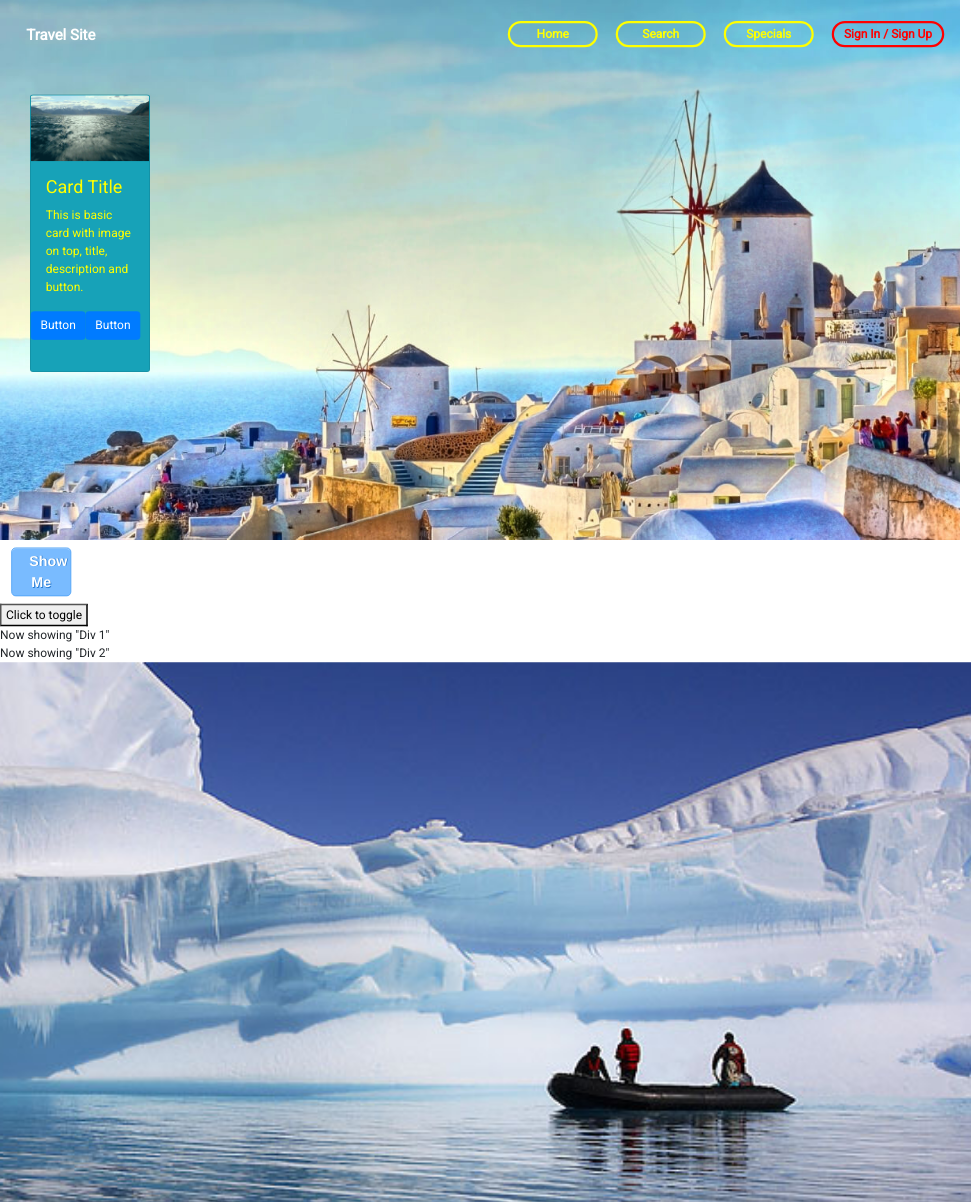
Repository: wpelizzoni/travel-site
Page: index.html
The author's editor kept a record of every edit. The page is drawn from the files as they stood at one moment, then again after the next edit.
The browser window is 1280 px wide. The page is 1295 px wide, so the pictures cover 1295 px, including what lies to the right of the window. The pictures show the whole page, at 75% of full size.

Above is the page before.

### index.html
<!DOCTYPE html>
<html lang="en">

<head>
    <meta charset="UTF-8">
    <meta name="viewport" content="width=device-width, initial-scale=1.0">
    <meta http-equiv="X-UA-Compatible" content="ie=edge">


    <link rel="stylesheet" href="https://stackpath.bootstrapcdn.com/bootstrap/4.3.1/css/bootstrap.min.css" type="text/css" />
    <link rel="stylesheet" href="https://stackpath.bootstrapcdn.com/font-awesome/4.7.0/css/font-awesome.min.css" type="text/css" />
    <link href='https://fonts.googleapis.com/css?family=Roboto' rel='stylesheet' type='text/css'>


    <link rel="stylesheet" href="assets/css/style.css" type="text/css" />

    <title>Document</title>
</head>

<body>
    <div class="container-fluid">

        <section>

            <div class="row header-desktop-row-page1 d-none d-md-block">
                <div class="col-12 header-desktop-column">
                </div>
            </div>

            <div class="row header-phones-row d-block d-md-none">
                <div class="col-12 header-phones-column">
                </div>
            </div>

            <div class="d-block d-md-none">
                <nav class="navbar navbar-expand-sm navbar-dark">
                    <!-- We can move the hamburger to the right of the screen by putting it after the button declaration. This will move the brand to the left.  -->

                    <button class="navbar-toggler" type="button" data-toggle="collapse" data-target="#nav-content" aria-controls="nav-content" aria-expanded="false" aria-label="Toggle navigation">
                    <span class="navbar-toggler-icon"></span>
                </button>
                    <a class="navbar-brand" href="/">Travel Site</a>
                    <div class="collapse navbar-collapse" id="nav-content">

                        <ul class="navbar-nav ml-auto">

                            <li class="active nav-item mr-2 "><a class="nav-link" href="/ ">Home</a></li>
                            <li class="nav-item mr-2 "><a class="nav-link " href="/Search ">Search</a></li>
                            <li class="nav-item mr-2 "><a class="nav-link " href="/Specials ">Specials</a></li>
                            <li class="nav-item mr-2 d-block d-sm-none "><a class="nav-link " href="/login ">Sign In / Sign Up</a></li>
                        </ul>
                    </div>
                </nav>
            </div>

            <div class="d-none d-md-block">
                <nav class="navbar navbar-expand-sm navbar-dark">
                    <a class="navbar-brand" href="/">Travel Site</a>
                    <ul class="navbar-nav ml-auto">

                        <li class="active nav-item mr-2 "><a class="nav-link page-scroll" href="/ "><button id="button_effects1" class="btn--features">Home</button></a></li>
                        <li class="nav-item mr-2 "><a class="nav-link page-scroll" href="#search"><button id="button_effects2" class="btn--features">Search</button> </a></li>
                        <li class="nav-item mr-2 "><a class="nav-link page-scroll" href="#specials"><button id="button_effects3" class="btn--features">Specials</button></a></li>
                        <li class="nav-item mr-2 "><a class="nav-link page-scroll" href="/login "><button id="button_effects4" class="btn--features--red">Sign In / Sign Up</button></a></li>
                    </ul>
                </nav>
            </div>



            <div class="specials specials-features d-block d-md-none">
                <h2>Check our weekly specials</h2>
                <p id="par1" class='specials-p'>
                    Fly to New Zealand on a 10-day vacation for $999.00
                </p>
            </div>



<div id="show">Show Me</div>
<div id="visible">Hello, My name is amr.</div>

            <div class="card specials-features text-white bg-info mb-3 d-none d-md-block" style=" width:10rem ">
                <div id="card1">
                    <img class="card-img-top img-fluid " src="assets/images/water-traverse.gif " alt="card image ">
                    <div class="card-body text-left ">
                        <h4 class="card-title ">Card Title</h4>
                        <p class="card-text ">This is basic card with image on top, title, description and button.</p>
                    </div>
                </div>

                <div id="card2" class=" ">
                    <h2>Seasonal Special</h2>
                    <p>Around the world airfares including three stops for $1,999 </p>
                </div>
                <a href="# "></a> <button id="button_effects9" class="btn btn-primary ">Button</a>
                <a href="# "></a> <button id="button_effects10" class="btn btn-primary ">Button</a>
            </div>


    </div>
    </section>

    <button onclick="toggleFunction()" >Click to toggle</button>

<div id="div1" class="  "  > Now showing "Div 1" </div>

<div id="div2" class="  "  > Now showing "Div 2" </div>

    <!-- <section id="specials ">
            <div class="container specials-row ">
                <div class="row " id='specials'>
                    <h2>Check our weekly specials</h2>
                    <p id="par1 " class='specials-p'>
                        Fly to New Zealand on a 10-day vacation for $999.00
                    </p>
                </div>
            </div>
        </section>
        -->

    <section id="search ">

        <div class="row header-desktop-row-page2 d-none d-md-block ">
            <div class="col-12 header-desktop-column ">
            </div>
        </div>

        <div class="row header-phones-row d-block d-md-none ">
            <div class="col-12 header-phones-column ">
            </div>
        </div>

        <!--
            <div class="d-none d-md-block ">
                <nav class="navbar navbar-expand-sm navbar-dark ">
                    <a class="navbar-brand " href="/ ">Travel Site</a>
                    <ul class="navbar-nav ml-auto ">

                        <li class="nav-item mr-2 "><a class="nav-link page-scroll " href="/ "><button id="button_effects1 " class="btn--features ">Home</button></a>
                </li>
                <li class="active nav-item mr-2 "><a class="nav-link page-scroll " href="#search "><button id="button_effects2 " class="btn--features ">Search</button> </a></li>
                <li class="nav-item mr-2 "><a class="nav-link page-scroll " href="#specials "><button id="button_effects3 " class="btn--features ">Specials</button></a></li>
                <li class="nav-item mr-2 "><a class="nav-link page-scroll " href="/login "><button id="button_effects4 " class="btn--features--red ">Sign In / Sign Up</button></a></li>
                </ul>
                </nav>
            </div>

            <div class="d-none d-md-block ">
                <nav class="navbar navbar-expand-sm navbar-dark ">
                    <a class="navbar-brand " href="/ ">Travel Site</a>
                    <ul class="ml-auto ">

                        <li class="nav-item mr-2 "><a class="nav-link page-scroll " href="/ "><button id="button_effects5 " class="btn--features ">Home</button></a></li>
                        <li class="active nav-item mr-2 "><a class="nav-link page-scroll " href="#search "><button id="button_effects6 " class="btn--features ">Search</button> </a></li>
                        <li class="nav-item mr-2 "><a class="nav-link page-scroll " href="#specials "><button id="button_effects7 " class="btn--features ">Specials</button></a></li>
                        <li class="nav-item mr-2 "><a class="nav-link page-scroll " href="/login "><button id="button_effects8 " class="btn--features--red ">Sign In / Sign Up</button></a></li>
                    </ul>
                </nav>
            </div>
            -->
            <div class="container search-row ">
                <div class="row " id='search'>

                </div>
            </div>
        </section>
    </div>

    </div>
    <script src="https://code.jquery.com/jquery-3.3.1.slim.min.js " integrity="sha384-q8i/X+965DzO0rT7abK41JStQIAqVgRVzpbzo5smXKp4YfRvH+8abtTE1Pi6jizo " crossorigin="anonymous "></script>
    <script src="https://cdnjs.cloudflare.com/ajax/libs/popper.js/1.14.7/umd/popper.min.js " integrity="sha384-UO2eT0CpHqdSJQ6hJty5KVphtPhzWj9WO1clHTMGa3JDZwrnQq4sF86dIHNDz0W1 " crossorigin="anonymous "></script>
    <!-- Paste Bootstrap Javascript link here -->
    <script src="https://stackpath.bootstrapcdn.com/bootstrap/4.3.1/js/bootstrap.min.js " integrity="sha384-JjSmVgyd0p3pXB1rRibZUAYoIIy6OrQ6VrjIEaFf/nJGzIxFDsf4x0xIM+B07jRM " crossorigin="anonymous "></script>

    <script type="text/javascript " src="js/jquery-3.4.1.js "></script>
    <script type="text/javascript " src="js/my_script.js "></script>
</body>

</html>

### assets/css/style.css
body {
    font-family: 'Roboto', sans-serif;
}

.navalert-container {
    position: absolute;
    top: 0;
    left: 0;
    padding-left: 0;
    padding-right: 0;
    z-index: 1;
}

.navbar {
    position: absolute;
    padding: 20px;
    top: 0;
    margin-bottom: 0;
    border: 0;
    width: 100%;
    /* background-color: rgba(0, 0, 0, 0.25); */
    float: right;
    margin-right: 0px;
    clear: left;
}

.navbar .navbar-default {
    border: 0px;
    box-shadow: none;
    -webkit-box-shadow: none;
    border-width: 0;
    padding: 0;
    margin: 0;
}

.navbar-nav {
    border: 0px !important;
    padding: 0;
    margin: 0;
}

.navbar .navbar-toggler .navbar-inner {
    border: none;
    border-radius: 0;
    padding: 0;
}

.navbar-brand {
    font-weight: bold;
}

.nav-right {
    float: right;
}

.btn--features {
    background-color: transparent;
    font-weight: bold;
    height: 35px;
    color: yellow;
    border: solid;
    border-color: yellow;
    border-radius: 23px;
    width: 120px;
    text-align: center;
    text-decoration: none;
}

.btn--features--red {
    background-color: transparent;
    font-weight: bold;
    height: 35px;
    color: red;
    border: solid;
    border-color: red;
    border-radius: 23px;
    width: 150px;
    text-align: center;
    text-decoration: none;
}

.header-desktop-row-page1 {
    background: url("../images/near-east.jpg");
    background-position: relative;
    background-repeat: no-repeat top left fixed ;
    background-size: cover;
    height: 100vh;
    min-height: 360px;
    top: 0;
    left: 0;
    -webkit-background-size: cover;	/* works on WebKit browsers */
     -moz-background-size: cover;	/* works on Mozilla browsers */
     -o-background-size: cover;
    transition: all .5s ease-in-out;
    -moz-transition: all .5s ease-in-out;
    -webkit-transition: all .5s ease-in-out;
    z-index: 0;

}

.header-desktop-row-page2 {
    background: url("../images/antarctica.jpg");
    background-position: relative;
    background-repeat: no-repeat top left fixed ;
    background-size: cover;
    height: 100vh;
    min-height: 360px;
    top: 0;
    left: 0;
    -webkit-background-size: cover;	/* works on WebKit browsers */
     -moz-background-size: cover;	/* works on Mozilla browsers */
     -o-background-size: cover;
    transition: all .5s ease-in-out;
    -moz-transition: all .5s ease-in-out;
    -webkit-transition: all .5s ease-in-out;
}

.header-desktop-column {
    width: 100%;
    padding-left: 0;
    padding-right: 0;
    margin-left: 0;
    margin-right: 0;
}

.header-phones-row {
    background: url("../images/swing.jpg");
    background-position: relative;
    background-repeat: no-repeat top left fixed ;
    background-size: cover;
    height: 100vh;
    min-height: 360px;
    top: 0;
    left: 0;
    color: #ffff00;
    -webkit-background-size: cover;	/* works on WebKit browsers */
     -moz-background-size: cover;	/* works on Mozilla browsers */
     -o-background-size: cover;
    transition: all .5s ease-in-out;
    -moz-transition: all .5s ease-in-out;
    -webkit-transition: all .5s ease-in-out;
}

.header-phones-column {
    width: 100%;
    padding: 0 0px 0px;
    min-height: 360px;
    margin: 0 0px 0px;
    float: none;
}

.card {
    height: 370px;
    width: 240px;
    margin-top: 40px;
    margin-left: 25px;
}

}
.specials-row {
    padding-bottom: 10%;
    font-size: 1.75em;
    line-height: 2;
    color: #fafafa;

}

#specials-p {
    font-size: .8em;
    color: yellow;
}


.specials-features {
    position: absolute;
    top: 12%;
    padding-bottom: 96px;
    color: black;
    z-index: 1;
}

.search {
    background: url("../images/cloud141.jpg");
    background-repeat: no-repeat;
    background-position: left;
    background-size: cover;
    padding-bottom: 100px;
    padding-top: 42px;
    position: relative;
    margin-bottom: 30px;

}

#loader {
  display: block;
  width: 100px;
  height: 100px;
  margin: 0 auto;
}



@media (max-width: 768px) and (min-width: 375px) {
    #search {
        width: 80%;
    }
}

@media (max-width: 992px) {
    .hone-section,
    .search-section,
    .contact-section {
        background-attachment: scroll;
    }
}

@media (min-width: 992px) {
    .search-section {
        background-position: center;
        background-size: cover;
        width: 100vw;
    }
    .contact-section {
        background-position: center;
        background-size: cover;
        width: 100vw;
    }

}

#show, #hide {
    margin:10px 0;
    width:80px;
    height:auto;
    color:#fff;
    text-align:center;
    font-family:"Myriad Pro", Helvetica, Arial, sans-serif;
	font-size:19px;
	font-weight:700;
    -moz-box-shadow:inset 0 1px 0 0 #cae3fc;
	-webkit-box-shadow:inset 0 1px 0 0 #cae3fc;
	box-shadow:inset 0 1px 0 0 #cae3fc;
	background:0 color-stop(1,#4197ee) );
	background:0;	filter:progid:DXImageTransform.Microsoft.gradient(startColorstr='#79bbff',endColorstr='#4197ee');
	background-color:#79bbff;
	-moz-border-radius:6px;
	-webkit-border-radius:6px;
	border-radius:6px;
	border:1px solid #469df5;
    padding:3px 23px;
	text-decoration:none;
	cursor:pointer;
	text-shadow:1px 1px 0 #287ace;
}

#visible {
    display:none;
    margin:20px 0;
    padding:10px;
    width:200px;
    height:auto;
    color:#fff;
    text-align:center;
    font-family:"Myriad Pro", Helvetica, Arial, sans-serif;
	font-size:19px;
	font-weight:700;
    -moz-box-shadow:inset 0 1px 0 0 #cae3fc;
	-webkit-box-shadow:inset 0 1px 0 0 #cae3fc;
	box-shadow:inset 0 1px 0 0 #cae3fc;
	background:0 color-stop(1,#4197ee) );
	background:0;	filter:progid:DXImageTransform.Microsoft.gradient(startColorstr='#79bbff',endColorstr='#4197ee');
	background-color:#79bbff;
	-moz-border-radius:6px;
	-webkit-border-radius:6px;
	border-radius:6px;
	border:1px solid #469df5;
    padding:3px 23px;
	text-decoration:none;
	cursor:text;
	text-shadow:1px 1px 0 #287ace;
}

#card1 {
    display: inline flex;
    flex-direction: column;
    flex-grow: 1;
    flex-shrink: 1;
    flex-basis: auto;
    justify-content: center;
    color: yellow;
}

#card2 {
    display: none;
    flex-direction: column;
    flex-grow: 1;
    flex-shrink: 1;
    flex-basis: auto;
    justify-content: center;
    color: yellow;
}

.display-none {
    display: none !important;
}

.display-inline {
    display: inline !important;
}

### js/my_script.js
$(document).ready(function() {
    $("h2").addClass("underline");
    $("ul").addClass("border");


    $("#specials_btn").click(function() {
        $("par1").slideToggle(2000);
    });

    $("#button_effects1").click(function() {
        $('#par1').slideToggle(1000, 0.5);
    });
    $("#button_effects1").click(function() {
        $('#par1').slideToggle(1000, 0.5);
    });
    $("#button_effects3").click(function() {
        $('#par1').slideToggle(1000, 0.5);
    });
    $("#button_effects3").click(function() {
        $('#par1').slideToggle(1000, 0.5);
    });
    $("#button_effects9").click(function() {
        $("#card1").toggleClass("display-none");
        $("#card2").toggleClass("display-inline");
        $(this).text($(this).text() == 'Return' ? 'Specials' : 'Return');
    });


    $("#button_effects1").mouseenter(function() {
        $('#button_effects1').fadeTo(300, 0.5);
    });
    $("#button_effects1").mouseleave(function() {
        $('#button_effects1').fadeTo(300, 1);
    });
    $("#button_effects2").mouseenter(function() {
        $('#button_effects2').fadeTo(300, 0.5);
    });
    $("#button_effects2").mouseleave(function() {
        $('#button_effects2').fadeTo(300, 1);
    });
    $("#button_effects3").mouseenter(function() {
        $('#button_effects3').fadeTo(300, 0.5);
    });
    $("#button_effects3").mouseleave(function() {
        $('#button_effects3').fadeTo(300, 1);
    });
    $("#button_effects4").mouseenter(function() {
        $('#button_effects4').fadeTo(300, 0.5);
    });
    $("#button_effects4").mouseleave(function() {
        $('#button_effects4').fadeTo(300, 1);
    });
    $("#button_effects5").mouseenter(function() {
        $('#button_effects5').fadeTo(300, 0.5);
    });
    $("#button_effects5").mouseleave(function() {
        $('#button_effects5').fadeTo(300, 1);
    });
    $("#button_effects6").mouseenter(function() {
        $('#button_effects6').fadeTo(300, 0.5);
    });
    $("#button_effects6").mouseleave(function() {
        $('#button_effects6').fadeTo(300, 1);
    });
    $("#button_effects7").mouseenter(function() {
        $('#button_effects6').fadeTo(300, 0.5);
    });
    $("#button_effects7").mouseleave(function() {
        $('#button_effects6').fadeTo(300, 1);
    });
    $("#button_effects8").mouseenter(function() {
        $('#button_effects6').fadeTo(300, 0.5);
    });
    $("#button_effects8").mouseleave(function() {
        $('#button_effects8').fadeTo(300, 1);
    });

     $("#button_effects9").mouseenter(function() {
        $('#button_effects9').fadeTo(500, 0.5);
    });
    $("#button_effects9").mouseleave(function() {
        $('#button_effects9').fadeTo(300, 1);
    });
});

Loaded but not shown: js/jquery-3.4.1.js (library)

After the next edit:
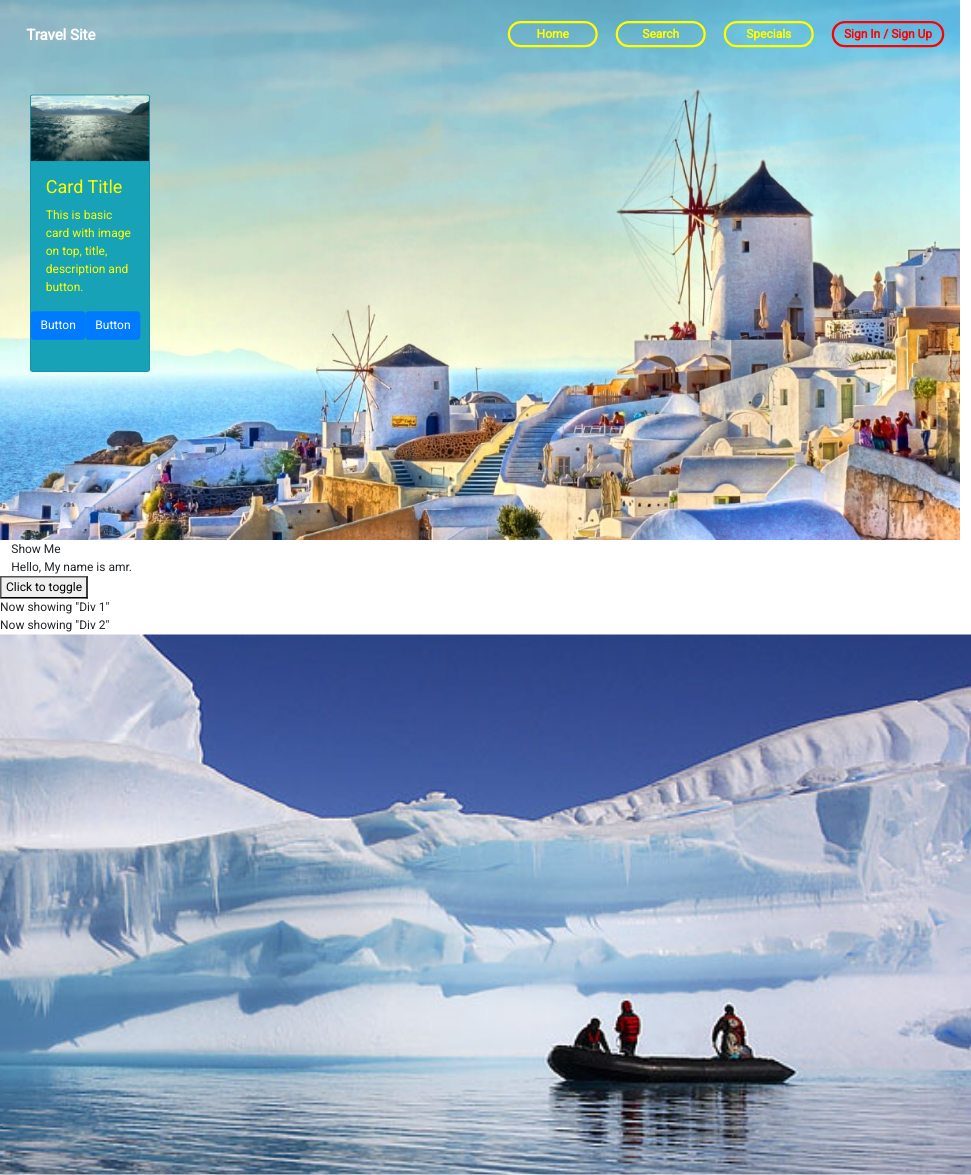
The edit:
--- a/assets/css/style.css
+++ b/assets/css/style.css
@@ -228,58 +228,6 @@
 
 }
 
-#show, #hide {
-    margin:10px 0;
-    width:80px;
-    height:auto;
-    color:#fff;
-    text-align:center;
-    font-family:"Myriad Pro", Helvetica, Arial, sans-serif;
-	font-size:19px;
-	font-weight:700;
-    -moz-box-shadow:inset 0 1px 0 0 #cae3fc;
-	-webkit-box-shadow:inset 0 1px 0 0 #cae3fc;
-	box-shadow:inset 0 1px 0 0 #cae3fc;
-	background:0 color-stop(1,#4197ee) );
-	background:0;	filter:progid:DXImageTransform.Microsoft.gradient(startColorstr='#79bbff',endColorstr='#4197ee');
-	background-color:#79bbff;
-	-moz-border-radius:6px;
-	-webkit-border-radius:6px;
-	border-radius:6px;
-	border:1px solid #469df5;
-    padding:3px 23px;
-	text-decoration:none;
-	cursor:pointer;
-	text-shadow:1px 1px 0 #287ace;
-}
-
-#visible {
-    display:none;
-    margin:20px 0;
-    padding:10px;
-    width:200px;
-    height:auto;
-    color:#fff;
-    text-align:center;
-    font-family:"Myriad Pro", Helvetica, Arial, sans-serif;
-	font-size:19px;
-	font-weight:700;
-    -moz-box-shadow:inset 0 1px 0 0 #cae3fc;
-	-webkit-box-shadow:inset 0 1px 0 0 #cae3fc;
-	box-shadow:inset 0 1px 0 0 #cae3fc;
-	background:0 color-stop(1,#4197ee) );
-	background:0;	filter:progid:DXImageTransform.Microsoft.gradient(startColorstr='#79bbff',endColorstr='#4197ee');
-	background-color:#79bbff;
-	-moz-border-radius:6px;
-	-webkit-border-radius:6px;
-	border-radius:6px;
-	border:1px solid #469df5;
-    padding:3px 23px;
-	text-decoration:none;
-	cursor:text;
-	text-shadow:1px 1px 0 #287ace;
-}
-
 #card1 {
     display: inline flex;
     flex-direction: column;
